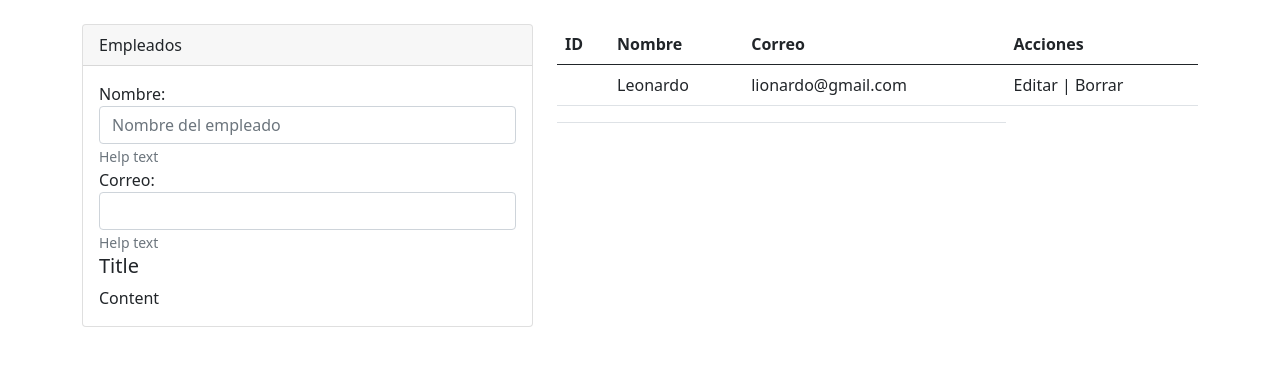
Repository: LionardoGomiz/CRUD-JS-VAINILLA
Page: index.html
These files come from the project's save history. The page is drawn as it stood at one moment and after the next save; the edit follows.
The browser window is 1280 px wide. The pictures show the whole page.

Above is the page before, as saved 2021-08-09 17:10:42.

After the next save:
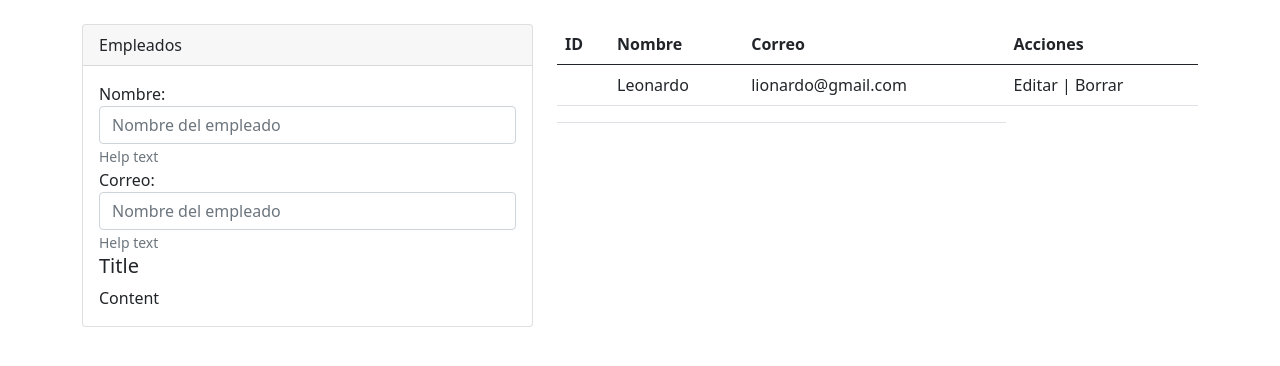
Saved 14 s later.
--- a/index.html
+++ b/index.html
@@ -28,8 +28,8 @@
                                     </div>
                                    <div class="form-group">
                                      <label for="">Correo:</label>
-                                     <input type="text"
-                                       class="form-control" name="" id="" aria-describedby="helpId" placeholder="">
+                                     <input type="text" class="form-control" name="nombre" id="nombre" aria-describedby="helpId" placeholder="Nombre del empleado">
+
                                      <small id="helpId" class="form-text text-muted">Help text</small>
                                    </div>
                             </form>
